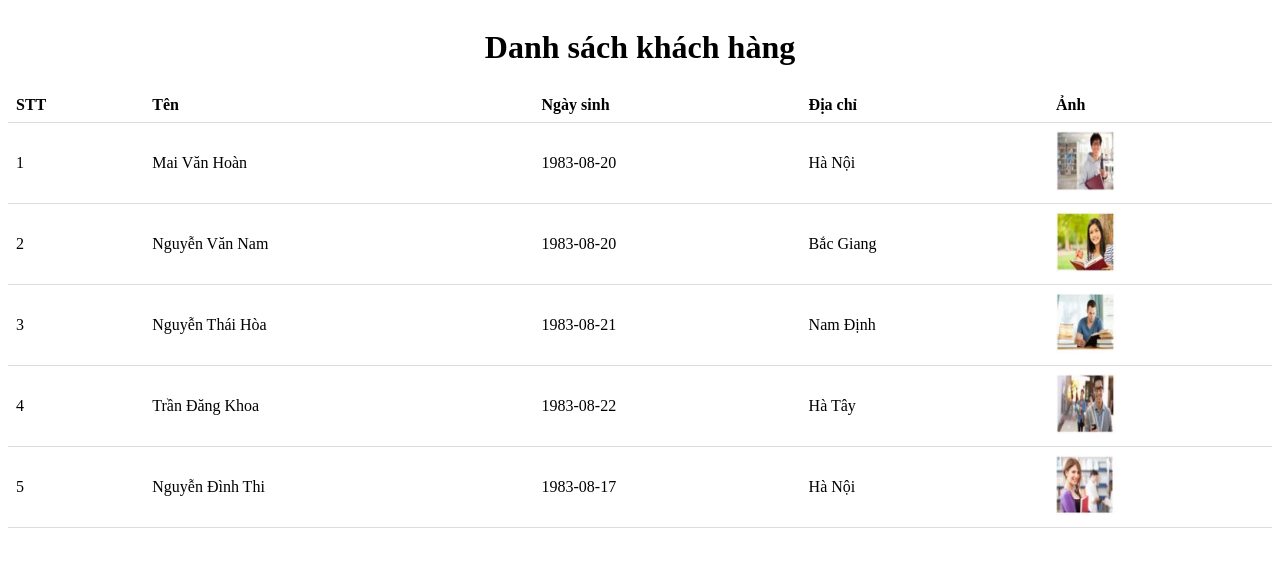
Repository: NGUYEN112/Module2
Page: http://localhost/
An editor plug-in stored every save of this project. The page is shown before and after the next save, followed by the edit.
The browser window is 1280 px wide. The pictures show the whole page.
The page is run by PHP 8.4 with error messages shown; the project is at /var/www/html/.

Above is the page before, as saved 2021-01-15 08:39:06.

After the next save:
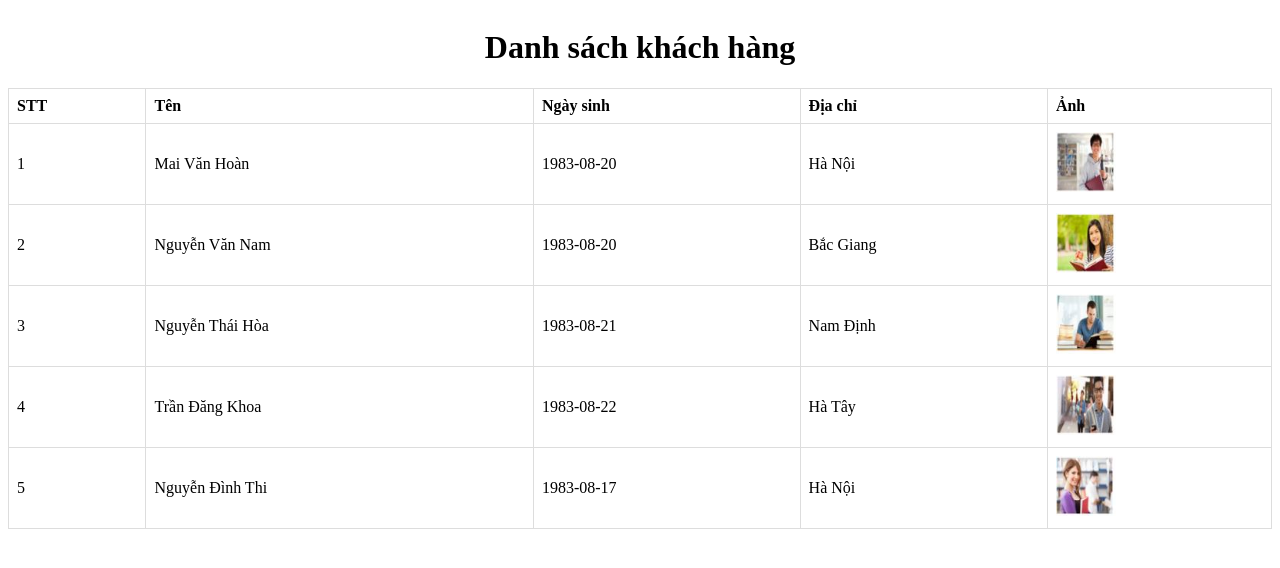
Saved 42 s later.
--- a/bai3-khachhang/index.php
+++ b/bai3-khachhang/index.php
@@ -13,7 +13,7 @@
 th, td {
     padding: 8px;
     text-align: left;
-    border-bottom: 1px solid #ddd;
+    border: 1px solid #ddd;
 }
 </style>
 <body>

After the save that followed:
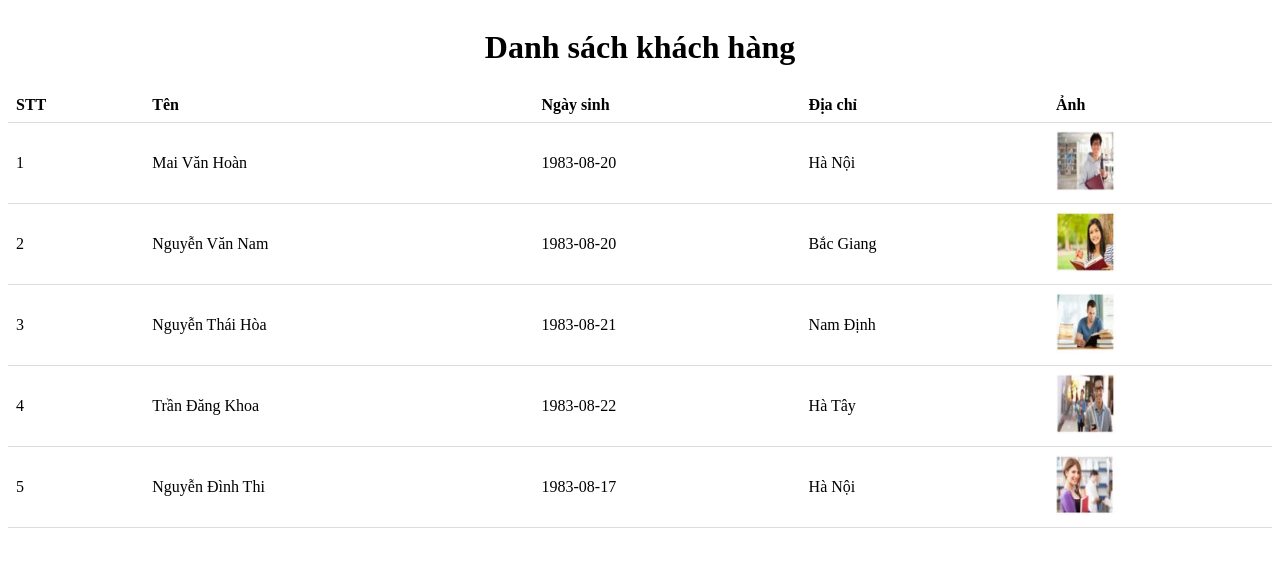
Saved 15 s later.
--- a/bai3-khachhang/index.php
+++ b/bai3-khachhang/index.php
@@ -13,7 +13,7 @@
 th, td {
     padding: 8px;
     text-align: left;
-    border: 1px solid #ddd;
+    border-bottom: 1px solid #ddd;
 }
 </style>
 <body>
